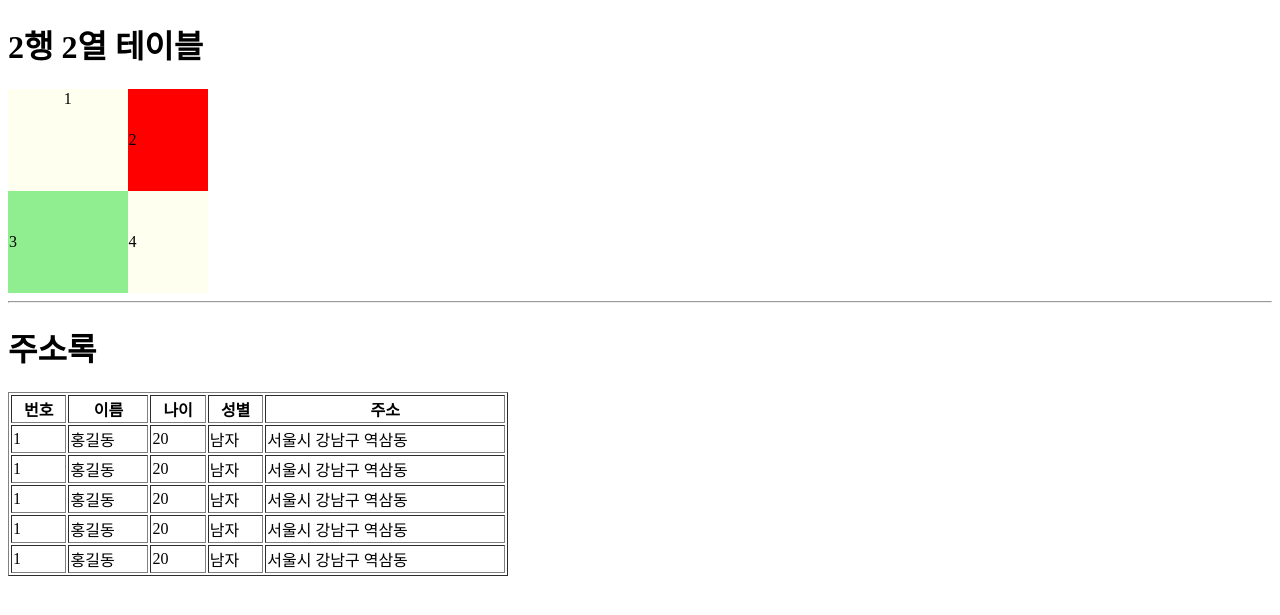
Repository: JeongWoo-Jang/Edu-Backup
Page: 5. HTML & CSS & JS/ClientTest/WebContent/ex13_table.html
An editor plug-in stored every save of this project. The page is shown before and after the next save, followed by the edit.
The browser window is 1280 px wide. The pictures show the whole page.

Above is the page before, as saved 2020-06-19 07:34:56.

After the next save:
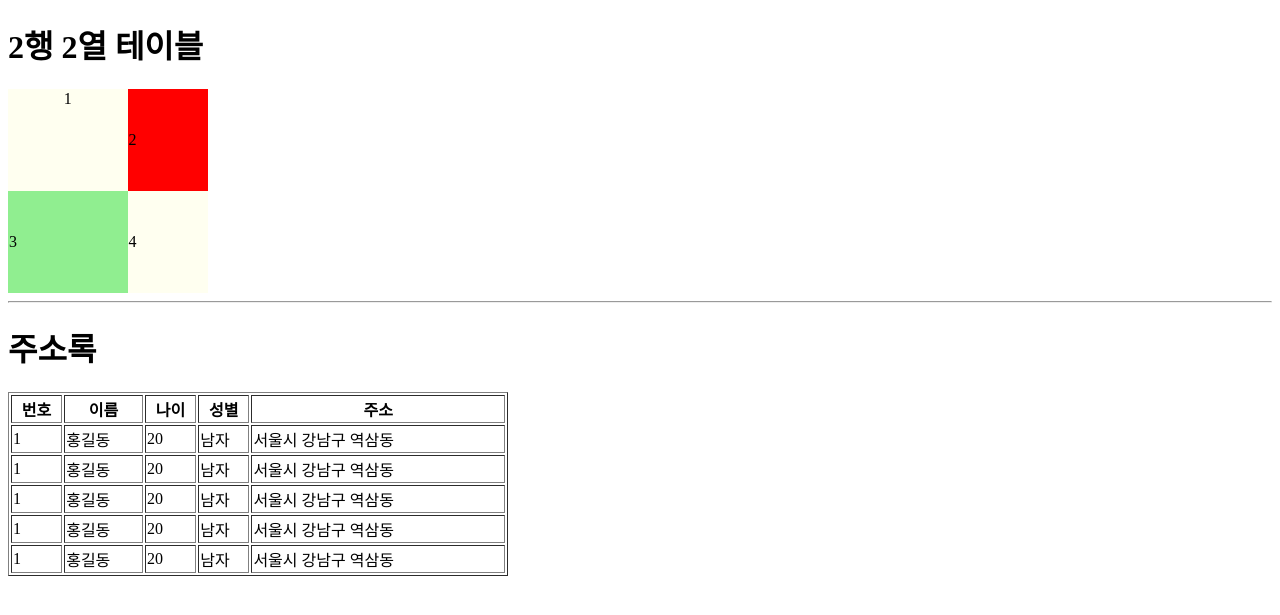
Saved 102 s later.
--- a/5. HTML & CSS & JS/ClientTest/WebContent/ex13_table.html
+++ b/5. HTML & CSS & JS/ClientTest/WebContent/ex13_table.html
@@ -49,11 +49,11 @@
 	 <table border="1" width="500">
 	 	<!-- 테이블 헤더 -->
 	 	<tr>
-	 		<th>번호</th>
-	 		<th>이름</th>
-	 		<th>나이</th>
-	 		<th>성별</th>
-	 		<th>주소</th>
+	 		<th width="50">번호</th>
+	 		<th width="80">이름</th>
+	 		<th width="50">나이</th>
+	 		<th width="50">성별</th>
+	 		<th width="270">주소</th>
 	 	</tr>
 	 	<tr>
 	 		<td>1</td>
